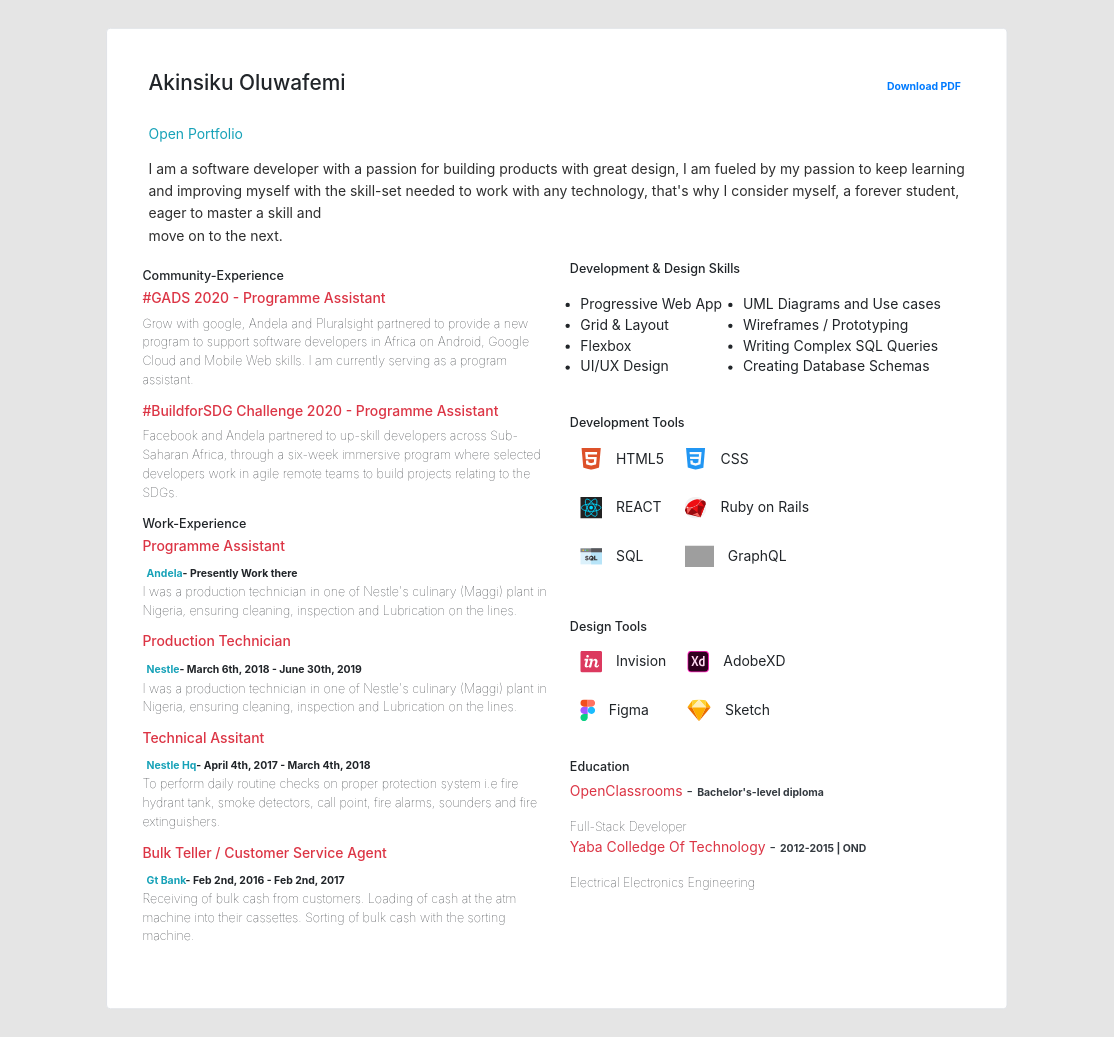
Repository: akinsikuoluwafemi/resume
Page: index.html
The author's editor kept a copy of each file at every save. The page is drawn from the files as they stood at one save, then again after the next save.
The browser window is 1280 px wide. The pictures show the whole page, at 87% of full size.
Pictures or frames that could not be fetched are drawn as grey boxes. The style sheet was rebuilt from its Sass, Less or Tailwind sources for each picture, by a compiler version that may differ from the author's.

Above is the page before, as saved 2020-08-26 19:20:07.

### index.html
<!DOCTYPE html>
<html lang="en">

<head>
    <meta charset="UTF-8">
    <meta name="viewport" content="width=device-width, initial-scale=1.0">
    <meta http-equiv="X-UA-Compatible" content="ie=edge">
    <link rel="shortcut icon" type="image/png" href="./images/new-photo.png">

    <link rel="stylesheet" href="https://stackpath.bootstrapcdn.com/bootstrap/4.3.1/css/bootstrap.min.css" integrity="sha384-ggOyR0iXCbMQv3Xipma34MD+dH/1fQ784/j6cY/iJTQUOhcWr7x9JvoRxT2MZw1T"
        crossorigin="anonymous" />
    <link rel="stylesheet" href="./resume.css">

    <title>Akinsiku Oluwafemi - Software Developer</title>
</head>

<body>

   <div class="col-sm-12 col-lg-10 m-auto">
       <!--  -->
        <div class="p-c container border px-3 py-4 px-lg-5 py-lg-5 ">
            <header class="row">
                <div class="col d-flex align-items-center">
                    <h4 class="header__name mr-auto">Akinsiku Oluwafemi</h4>
                    <a href="./images/newresume.pdf" download="Femi_Akinsiku_resume.pdf" class="badge">Download PDF</a>
                </div>
            </header>
            <div class="row mt-4">
                <a href="https://femiakin.com/" target="_blank" class="col text-info">Open Portfolio</a>
            </div>

            <div class="row mt-3">
                <div class="col">
                    <p class="intro">I am a software developer with a passion for building products with great design, I am
                        fueled by my passion to keep learning and improving myself with the skill-set needed to work with
                        any
                        technology,
                        that's why I consider myself, a forever student, eager to master a skill and <br /> move on to the
                        next. </p>
                </div>
            </div>


            <div class="row">

                <div class="col col-lg-6 p-2  ">
                    <div>
                        <h5 class="item__header">Community-Experience</h5>

                        <h6 class="item__job text-danger">#GADS 2020 - Programme Assistant </h6>
                        <p class="item__description">Grow with google, Andela and Pluralsight partnered to provide a new
                            program to support
                            software developers in Africa on Android, Google Cloud and Mobile Web skills. I am currently
                            serving as a
                            program assistant.</p>

                    </div>

                    <div>



                        <h6 class="item__job text-danger">#BuildforSDG Challenge 2020 - Programme Assistant </h6>


                        <p class="item__description">Facebook and Andela partnered to up-skill developers across
                            Sub-Saharan
                            Africa,
                            through a six-week immersive program where selected developers work in agile remote
                            teams to build projects relating to the SDGs.
                        </p>

                    </div>




                    <!-- here -->
                    <div>
                        <h5 class="item__header">Work-Experience</h5>
                        <h6 class="item__job text-danger">Programme Assistant</h6>
                        <span class="badge"><span class="text-info">Andela</span>- Presently Work there</span>
                        <p class="item__description">I was a production technician in one of Nestle's culinary (Maggi)
                            plant in
                            Nigeria,
                            ensuring cleaning, inspection and Lubrication on the lines.</p>

                    </div>
                    <div>
                        <h6 class="item__job text-danger">Production Technician</h6>
                        <span class="badge"><span class="text-info">Nestle</span>- March 6th, 2018 - June 30th, 2019 </span>
                        <p class="item__description">I was a production technician in one of Nestle's culinary (Maggi)
                            plant in
                            Nigeria,
                            ensuring cleaning, inspection and Lubrication on the lines.</p>

                    </div>
                    <div>
                        <h6 class="item__job text-danger">Technical Assitant</h6>
                        <span class="badge"><span class="text-info">Nestle Hq</span>- April 4th, 2017 - March 4th, 2018</span>
                        <p class="item__description">To perform daily routine checks on proper protection system i.e fire
                            hydrant tank,
                            smoke detectors, call point, fire
                            alarms, sounders and fire extinguishers.
                        </p>

                    </div>
                    <div>
                        <h6 class="item__job text-danger">Bulk Teller / Customer Service Agent</h6>
                        <span class="badge"><span class="text-info">Gt Bank</span>- Feb 2nd, 2016 - Feb 2nd, 2017 </span>
                        <p class="item__description">Receiving of bulk cash from customers.
                            Loading of cash at the atm machine into their cassettes.
                            Sorting of bulk cash with the sorting machine.</p>

                    </div>
                    <!-- here2 -->


                </div>
                <div class="col col-lg-6 ">

                    <div>
                        <h5 class="item__header ">Development & Design Skills</h5>
                        <div class="d-flex ">
                            <ul class="list__item">
                                <li>Progressive Web App</li>
                                <li>Grid & Layout</li>
                                <li>Flexbox</li>
                                <li>UI/UX Design</li>


                            </ul>
                            <ul class="list__item">
                                <li>UML Diagrams and Use cases</li>
                                <li>Wireframes / Prototyping</li>
                                <li>Writing Complex SQL Queries</li>
                                <li>Creating Database Schemas</li>



                            </ul>
                        </div>


                    </div>

                    <div class="item__container">
                        <h5 class="item__header">Development Tools</h5>
                        <div class="d-flex ">
                            <ul class="list__item">
                                <div class="d-flex  mb-3">
                                    <img src="./images/html5.svg" />
                                    <p class="ml-3">HTML5</p>
                                </div>
                                <div class="d-flex  mb-3">
                                    <img src="./images/react-1.svg" />
                                    <p class="ml-3">REACT</p>
                                </div>
                                <div class="d-flex ">
                                    <img src="./images/sql.svg" />
                                    <p class="ml-3">SQL</p>
                                </div>

                            </ul>
                            <ul class="list__item ">
                                <div class="d-flex  mb-3">
                                    <img src="./images/css-3.svg" />
                                    <p class="ml-3">CSS</p>
                                </div>
                                <div class="d-flex  mb-3">
                                    <img src="./images/ruby.svg" />
                                    <p class="ml-3">Ruby on Rails</p>
                                </div>
                                <div class="d-flex ">
                                    <img src="./images/graphql-icon.svg" />
                                    <p class="ml-3">GraphQL</p>
                                </div>


                            </ul>
                        </div>


                    </div>

                    <!-- here -->

                    <div class="item__contain">
                        <h5 class="item__header">Design Tools</h5>
                        <div class="d-flex ">
                            <ul class="list__item">
                                <div class="d-flex mb-3">
                                    <img src="./images/invision.svg" />
                                    <p class="ml-3">Invision</p>
                                </div>
                                <div class="d-flex ">
                                    <img src="./images/figma-1.svg" />
                                    <p class="ml-3">Figma</p>
                                </div>

                            </ul>
                            <ul class="list__item ">
                                <div class="d-flex  mb-3 ">
                                    <img src="./images/adobe-xd-1.svg" />
                                    <p class="ml-3">AdobeXD</p>
                                </div>
                                <div class="d-flex ">
                                    <img src="./images/sketch-2.svg" />
                                    <p class="ml-3">Sketch</p>
                                </div>


                            </ul>
                        </div>


                    </div>
                    <div class="edu">
                        <h5 class="item__header">Education</h5>
                        <p paragraph><a href="https://www.francecompetences.fr/recherche/rncp/27099/" class="text-danger text-info">OpenClassrooms
                            <span class="text-dark">-</span><span class="badge text-dark">Bachelor's-level diploma</span></a></p>

                        <span class="item__description "><a style="color: #212529" href="https://openclassrooms.com/en/paths/104-full-stack-developer">Full-Stack Developer</a></span>

                        <p class="text-danger paragraph pt-2">Yaba Colledge Of Technology <span class="text-dark">-</span><span class="badge text-dark">2012-2015
                                | OND</span></p>
                        <span class="item__description ">Electrical Electronics Engineering</span>


                    </div>



                </div>

            </div>


        </div>

        <!--  -->
   </div>










    <script src="https://code.jquery.com/jquery-3.3.1.slim.min.js" integrity="sha384-q8i/X+965DzO0rT7abK41JStQIAqVgRVzpbzo5smXKp4YfRvH+8abtTE1Pi6jizo"
        crossorigin="anonymous"></script>
    <script src="https://cdnjs.cloudflare.com/ajax/libs/popper.js/1.14.7/umd/popper.min.js" integrity="sha384-UO2eT0CpHqdSJQ6hJty5KVphtPhzWj9WO1clHTMGa3JDZwrnQq4sF86dIHNDz0W1"
        crossorigin="anonymous"></script>
    <script src="https://stackpath.bootstrapcdn.com/bootstrap/4.3.1/js/bootstrap.min.js" integrity="sha384-JjSmVgyd0p3pXB1rRibZUAYoIIy6OrQ6VrjIEaFf/nJGzIxFDsf4x0xIM+B07jRM"
        crossorigin="anonymous"></script>
</body>

</html>

### resume.scss


body {
    background-color: #E5E5E5;

    -webkit-font-smoothing: antialiased;
  -moz-osx-font-smoothing: grayscale;
}

.container {
    margin: 2rem auto;
    background-color: white;
    border-radius: .3rem;
}

.intro {
    font-size: 1rem;
    color: rgba(0,0,0,0.82);
    line-height: 1.6rem;
}


.text-info:hover{
    text-decoration: none;
}

img {
    height: 25px;
}



.item {

     &__contain {
        margin-bottom: 0rem;
        // background: red;
    }

    &__container {
        margin: 1rem 0!important;
    }

    &__dev {
         font-size: .9rem;
        margin-bottom: 1rem;
    }

    &__header {
        font-size: .9rem;
        margin-bottom: .5rem;
    }

    &__description {
        font-weight: 100;
        font-size: .9rem;
    }

}


.list__item {
    padding: 12px;
}

@media (max-width: 576px) {
    br {
        display: none;
    }
 }

 .paragraph {
   padding: 0!important;
 }

After the next save:
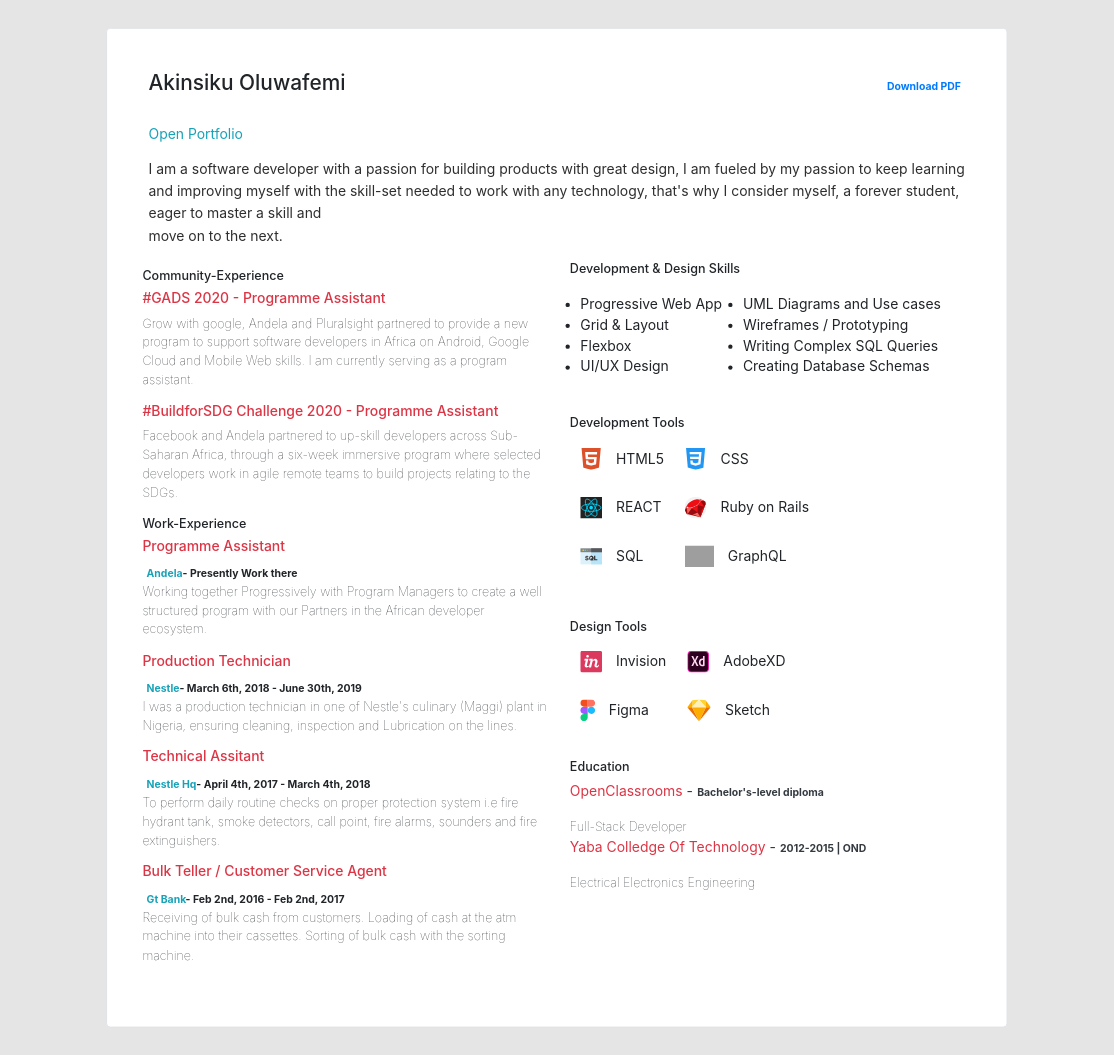
Saved 3 min 36 s later.
--- a/index.html
+++ b/index.html
@@ -79,11 +79,9 @@
                     <div>
                         <h5 class="item__header">Work-Experience</h5>
                         <h6 class="item__job text-danger">Programme Assistant</h6>
-                        <span class="badge"><span class="text-info">Andela</span>- Presently Work there</span>
-                        <p class="item__description">I was a production technician in one of Nestle's culinary (Maggi)
-                            plant in
-                            Nigeria,
-                            ensuring cleaning, inspection and Lubrication on the lines.</p>
+                        <span class="badge"><span class="text-info">Andela</span>- Presently Work there </span>
+                        <p class="item__description">Working together Progressively with Program Managers to create a well structured program with our Partners in the
+                        African developer ecosystem.</p>
 
                     </div>
                     <div>
